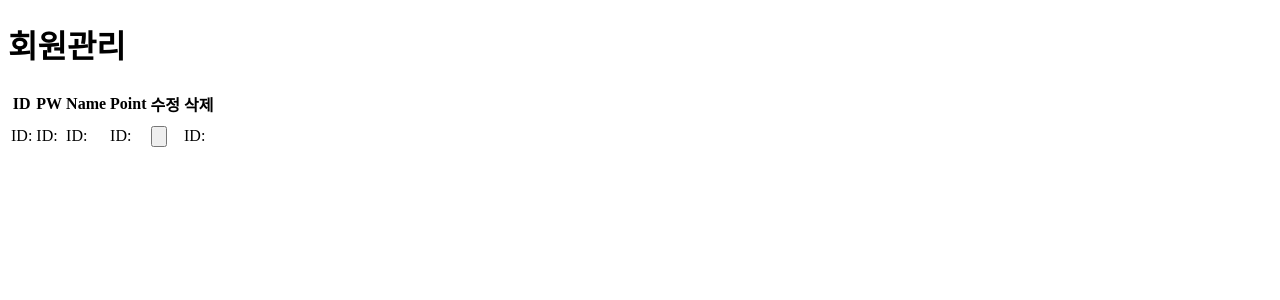
Repository: euniiee/test11
Page: http://localhost/Project/memList.jsp
An editor plug-in stored every save of this project. The page is shown before and after the next save, followed by the edit.
The browser window is 1280 px wide. The pictures show the whole page.
The page is served by Tomcat 9.

Above is the page before, as saved 2023-02-01 01:37:54.

After the next save:
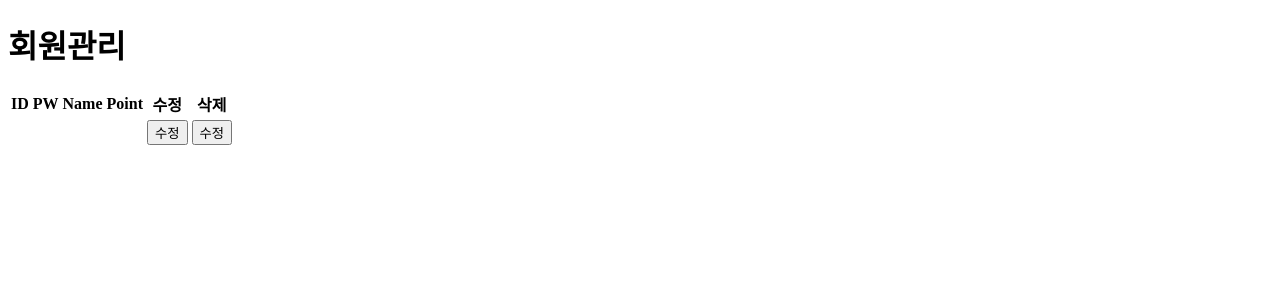
Saved 40 s later.
--- a/Project/WebContent/memList.jsp
+++ b/Project/WebContent/memList.jsp
@@ -17,13 +17,13 @@
 				<th>수정</th>
 				<th>삭제</th>
 			</tr>
-			<tr style="height:35px;">
-				<td>ID:</td>
-				<td>ID:</td>
-				<td>ID:</td>
-				<td>ID:</td>
-				<td><input type="button" vlue="수정"></td>
-				<td>ID:</td>
+			<tr>
+				<td></td>
+				<td></td>
+				<td></td>
+				<td></td>
+				<td><input type="button" value="수정"></td>
+				<td><input type="button" value="수정"></td>
 			</tr>
 
 		</table>
